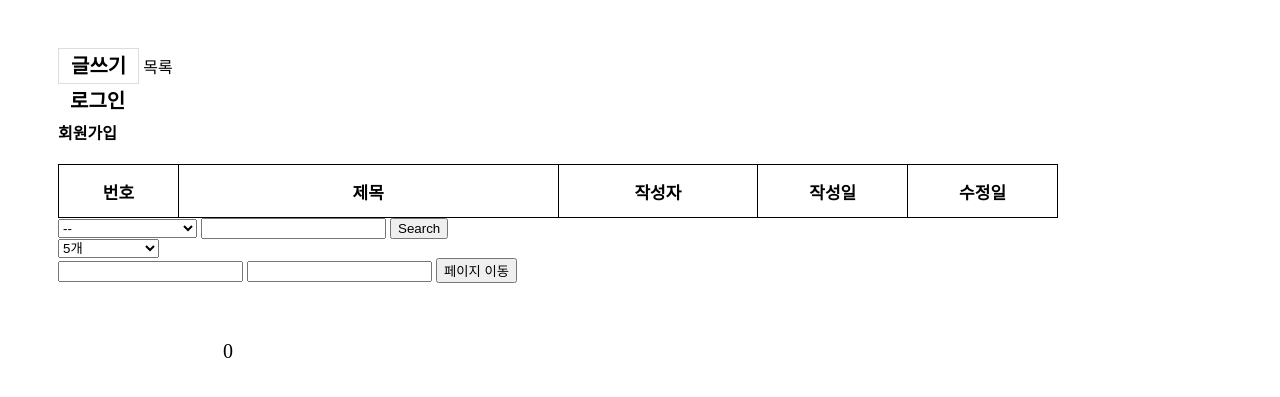
Repository: Shim-YoungDo/gaea-study
Page: http://localhost/study/WEB-INF/views/board/list.jsp
The author's editor kept a copy of each file at every save. The page is drawn from the files as they stood at one save, then again after the next save.
The browser window is 1280 px wide. The pictures show the whole page.
The page is served by Tomcat 9. Nobody is signed in. Other server files are loaded and not shown. The template is opened directly, without the code that normally fills it, so the values that code supplies are empty.

Above is the page before, as saved 2021-12-07 04:51:55.

### study/src/main/webapp/WEB-INF/views/board/list.jsp
<%@ page language="java" contentType="text/html; charset=UTF-8"
	pageEncoding="UTF-8"%>
<%@ taglib uri="http://java.sun.com/jsp/jstl/core" prefix="c"%>
<%@ taglib prefix="fmt" uri="http://java.sun.com/jsp/jstl/fmt"%>
<!DOCTYPE html>
<html>
<head>
<meta charset="UTF-8">
<title>Insert title here</title>
<link rel="stylesheet" href="/resources/css/board/list.css">
<script src="https://code.jquery.com/jquery-3.4.1.js"
	integrity="sha256-WpOohJOqMqqyKL9FccASB9O0KwACQJpFTUBLTYOVvVU="
	crossorigin="anonymous"></script>
</head>
<body>
	<div class="table_wrap">
		<a href="/board/registeView" class="enroll_btn">글쓰기</a>
		<a href="/board/list" class="list_btn">목록</a>
		<div class="login_area">
		<!-- 로그인 x -->
		<c:if test="${member==null}">
		<div class="login_button"><a href="/member/login">로그인</a></div>
		<span><a href="/member/join">회원가입</a></span>
		</c:if>

		<!-- 로그인 o -->
		<c:if test="${member != null}">
		<div class="login_success_area">
			<span>이름:${member.memberName}</span>
			<span>아이디:${member.memberID}</span>
			<a href="/member/logout">로그아웃</a>
		</div>
		</c:if>

		<table>
			<thead>
				<tr>
					<th class="bno_width">번호</th>
					<th class="title_width">제목</th>
					<th class="writer_width">작성자</th>
					<th class="regdate_width">작성일</th>
					<th class="updatedate_width">수정일</th>
				</tr>
			</thead>
			<c:forEach items="${list}" var="list">
				<tr>
					<td><c:out value="${list.boardNumber}" /></td>
					<td>
						<a class="move" href='<c:out value="${list.boardNumber}"/>'>
							<c:out value="${list.boardTitle}" />
						</a>
					</td>
					<td>
						<c:out value="${list.boardWriter}" />
					</td>
					<td>
						<fmt:formatDate pattern="yyyy/MM/dd"
							value="${list.boardRegistrationDate}" />
					</td>
					<td>
						<fmt:formatDate pattern="yyyy/MM/dd"
							value="${list.boardUpdateDate}" />
					</td>
				</tr>
			</c:forEach>
		</table>

		<div class="search_wrap">
			<div class="search_area">
				<select name="type">
                <option value="" <c:out value="${pageMake.cri.type == null?'selected':'' }"/>>--</option>
                <option value="T" <c:out value="${pageMake.cri.type eq 'T'?'selected':'' }"/>>제목</option>
                <option value="C" <c:out value="${pageMake.cri.type eq 'C'?'selected':'' }"/>>내용</option>
                <option value="W" <c:out value="${pageMake.cri.type eq 'W'?'selected':'' }"/>>작성자</option>
                <option value="TC" <c:out value="${pageMake.cri.type eq 'TC'?'selected':'' }"/>>제목 + 내용</option>
                <option value="TW" <c:out value="${pageMake.cri.type eq 'TW'?'selected':'' }"/>>제목 + 작성자</option>
                <option value="TCW" <c:out value="${pageMake.cri.type eq 'TCW'?'selected':'' }"/>>제목 + 내용 + 작성자</option>
            </select>
				<input type="text" name="keyword" value="${pageMake.cri.keyword}">
				<button>Search</button>
			</div>
		</div>

		<div class="amount_wrap">
			<div class="amount_area">

					<select name="amount" onchange="selectBoxChange(this.value);">
						<option value="" disabled >=== 선택 ===</option>
						<option value=5 <c:out value="${pageMake.cri.amount == 5?'selected':''}"/>>5개</option>
    					<option value=10 <c:out value="${pageMake.cri.amount == 10?'selected':''}"/>>10개</option>
    					<option value=20 <c:out value="${pageMake.cri.amount == 20?'selected':''}"/>>20개</option>
    					<option value=25 <c:out value="${pageMake.cri.amount == 25?'selected':''}"/>>25개</option>

					</select>

			</div>
		</div>


		<div class="page_select_wrap">
			<div class="page_select_area">
				<input type = "text" pattern="\d" name="pageSelect"value='<c:out value="${pageMake.cri.pageNum}"/>'>
				<input name = "totalPage" readonly="readonly" value = '<c:out value="${pageMake.realEnd}"/>'>
				<button>페이지 이동</button>
			</div>
		</div>

		<div class="pageInfo_wrap">
			<div class="pageInfo_area">
				<ul id="pageInfo" class="pageInfo">

					<!-- 이전페이지 버튼 -->
					<c:if test="${pageMake.prev}">
						<li class="pageInfo_btn previous"><a href="${pageMake.startPage-1}">이전</a></li>
					</c:if>

					<!-- 각 번호 페이지 버튼 -->
					<c:forEach var="num" begin="${pageMake.startPage}" end="${pageMake.endPage}">
						<li class="pageInfo_btn ${pageMake.cri.pageNum == num ? "active":"" }"><a href="${num}">${num}</a></li>
					</c:forEach>

					<!--
					<form id="pageForm" method="post">
					<select name="amount" id="amount" onchange="selectBoxChange(this.value);">
						<option value="none">=== 선택 ===</option>
						<option value="5">5개</option>
    					<option value="10">10개</option>
    					<option value="20">20개</option>
					</select>
					</form>
					-->

					<!-- 다음페이지 버튼 -->
					<c:if test="${pageMake.next}">
						<li class="pageInfo_btn next"><a href="${pageMake.endPage+1}">다음</a></li>
					</c:if>
				</ul>
			</div>
		</div>

		<form id="moveForm" method="get">
			<input type="hidden" name="pageNum" value="${pageMake.cri.pageNum}">
			<input type="hidden" name="amount" value="${pageMake.cri.amount}">
			<input type="hidden" name="keyword" value="${pageMake.cri.keyword}">
			<input type="hidden" name="type" value="${pageMake.cri.type}">

		</form>
	</div>
</div>

	<script>
		let moveForm = $("#moveForm");
		let pageForm = $("#pageForm");

		$(".move").on("click", function(e) {
			e.preventDefault();
			moveForm.append("<input type='hidden' name='boardNumber' value='"
					+ $(this).attr("href") + "'>"); //<form>내부 boardNumber값을 저장하는 <input>태그 생성
			moveForm.attr("action", "/board/getPage");
			moveForm.submit();
				});

		$(".pageInfo a").on("click", function(e){
			e.preventDefault();
			moveForm.find("input[name='pageNum']").val($(this).attr("href")); //<form>내부 pageNum과 관련된 <input>태그의 value 속성값에 클릭한<a>태그 페이지 번호 삽입
			moveForm.attr("action", "/board/list");
			moveForm.submit();
		});

		/*
		var selectBoxChange = function(value){
			console.log("결과:" +value);
			$.ajax({
				type:"post",
				url:"/board/pageAmount",
				data: "pageAmount=" +value,
				success : function(data){
					alert("성공", +data);
					console.log(data);
				}
			});
		}*/

		/*
		$("#pageForm").change(function(){
			var pageAmount = value;

			$.ajax({
				type:"post",
				url:"/board/pageAmount",
				data: "pageAmount=" +pageAmount,
				success : function(data){
					alert("성공", +data);
					console.log(data);
				}
			});

		});*/


		//검색기능
		$(".search_area button").on("click", function(e){
			e.preventDefault();

			let type = $(".search_area select").val();
			let keyword = $(".search_area input[name='keyword']").val();

			if(!type){
				alert("검색 종류를 선택하세요");
				return false;
			}
			if(!keyword){
				alert("키워드를 입력하세요");
				return false;
			}

			//let val = $("input[name='keyword']").val();
			moveForm.find("input[name='type']").val(type);
			moveForm.find("input[name='keyword']").val(keyword);
			moveForm.find("input[name='pageNum']").val(1);
			moveForm.submit();
		});

		/*
		$("#pageForm").change(function(){
			var pageAmount = value;
			let amount = $(".amount_area select").val();

			pageForm.find("input[name]='amount'").val(amount);
			pageForm.submit();
		});*/

		//화면에 출력될 총 게시글 수 선택
		var selectBoxChange = function(value){

			let amount = $(".amount_area select").val();

			//pageForm.find("input[name]='amount'").val(amount);
			//pageForm.submit();
			moveForm.find("input[name='amount']").val(amount);
			moveForm.find("input[name='pageNum']").val(1);
			moveForm.submit();

			console.log("결과:" +value);
			//alert("성공", +data);
		}

		//선택 페이지 이동
		$(".page_select_area button").on("click",function(){

			let pageNum = $(".page_select_area [name='pageSelect']").val();

			moveForm.find("input[name='pageNum']").val(pageNum);
			moveForm.attr("action", "/board/list");
			moveForm.submit();
		});




		/*
		$(".page_count_area button").on("click"function(){
			let pageCount = $(".page_count_area [name='pageCount']").val();
			moveForm.find("input[name='pageCount']").val(pageCount);
			moveForm.attr("action", "/board/list");
			moveForm.submit();
		});
		*/
	</script>

</body>
</html>

### study/src/main/webapp/resources/css/board/list.css
@charset "UTF-8";
a{
  	text-decoration : none;
  }
  table{
 	border-collapse: collapse;
 	width: 1000px;
 	margin-top : 20px;
 	text-align: center;
  }
  td, th{
  	border : 1px solid black;
  	height: 50px;
  }
  th{
  	font-size : 17px;
  }
  thead{
  	font-weight: 700;
  }
  .table_wrap{
  	margin : 50px 0 0 50px;
  }
  .bno_width{
  	width: 12%;
  }
  .writer_width{
  	width: 20%;
  }
  .regdate_width{
  	width: 15%;
  }
  .updatedate_width{
  	width: 15%;
  }
  .enroll_btn{
  	font-size: 20px;
    padding: 6px 12px;
    background-color: #fff;
    border: 1px solid #ddd;
    font-weight: 600;
  }

  .pageInfo{
      list-style : none;
      display: inline-block;
    margin: 50px 0 0 100px;
  }
  .pageInfo li{
      float: left;
    font-size: 20px;
    margin-left: 18px;
    padding: 7px;
    font-weight: 500;
  }
  .login_button{
  	font-size: 20px;
    padding: 6px 12px;
    background-color: #fff;
    font-weight: 600;
    float:middle;
  }
  .login_area>span{
	margin-top:10ox;
	font-weight:900;
	display:inline-block;
}


 a:link {color:black; text-decoration: none;}
 a:visited {color:black; text-decoration: none;}
 a:hover {color:blue; text-decoration: underline;}
 .active{
 	text-decoration:underline;
 }

After the next save:
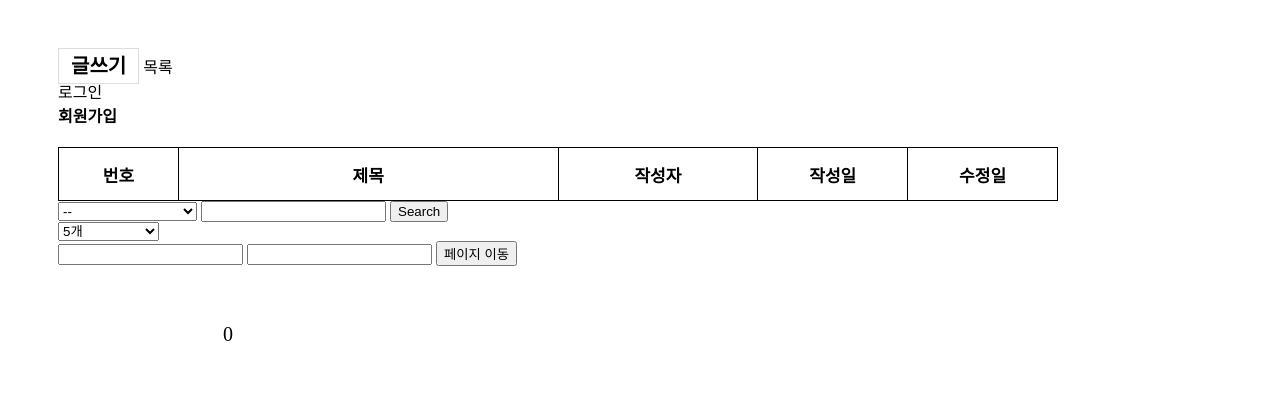
Saved 44 s later.
--- a/study/src/main/webapp/resources/css/board/list.css
+++ b/study/src/main/webapp/resources/css/board/list.css
@@ -54,10 +54,7 @@
     font-weight: 500;
   }
   .login_button{
-  	font-size: 20px;
-    padding: 6px 12px;
-    background-color: #fff;
-    font-weight: 600;
+
     float:middle;
   }
   .login_area>span{

After the save that followed:
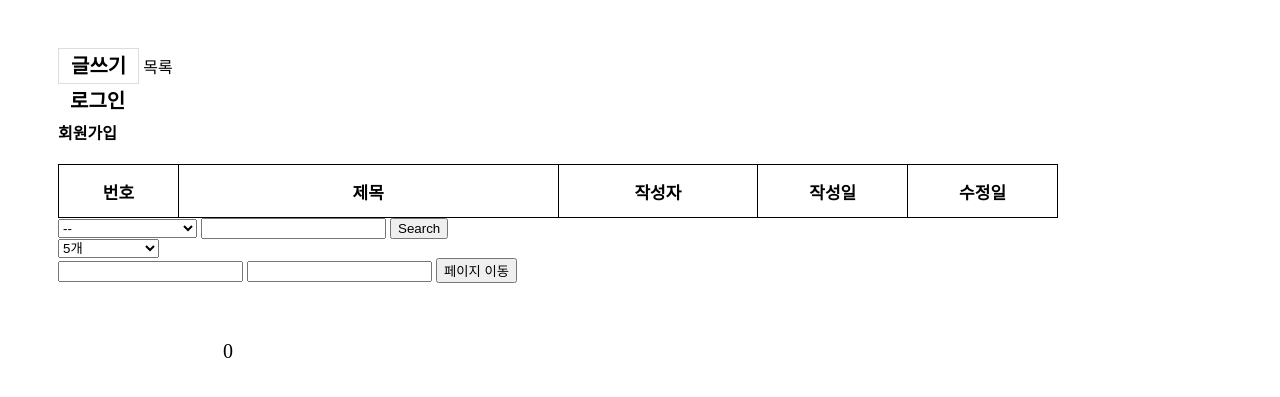
Saved 2 min 50 s later.
--- a/study/src/main/webapp/resources/css/board/list.css
+++ b/study/src/main/webapp/resources/css/board/list.css
@@ -54,7 +54,10 @@
     font-weight: 500;
   }
   .login_button{
-
+  	font-size: 20px;
+    padding: 6px 12px;
+    background-color: #fff;
+    font-weight: 600;
     float:middle;
   }
   .login_area>span{
